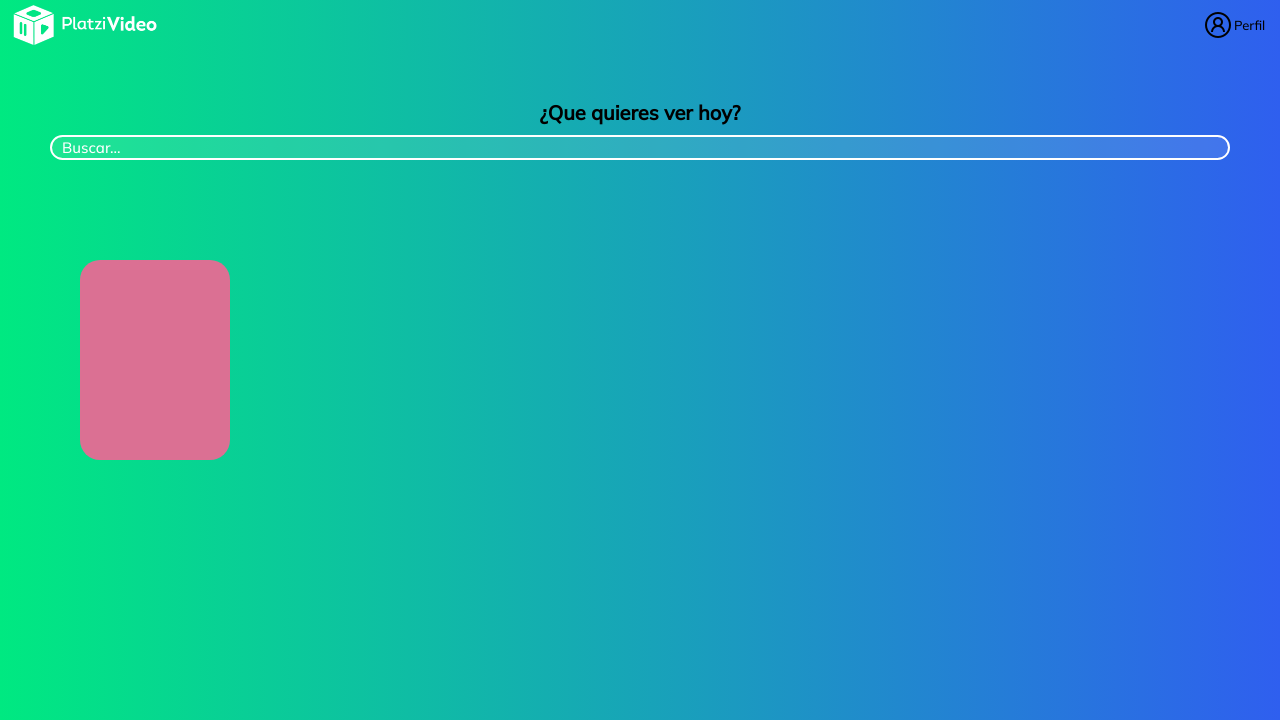
Repository: EnzoSz/Curso_frontend_dev
Page: proyecto/index.html
An editor plug-in stored every save of this project. The page is shown before and after the next save, followed by the edit.
The browser window is 1280 px wide. The pictures show the whole page.

Above is the page before, as saved 2021-03-03 18:29:37.

After the next save:
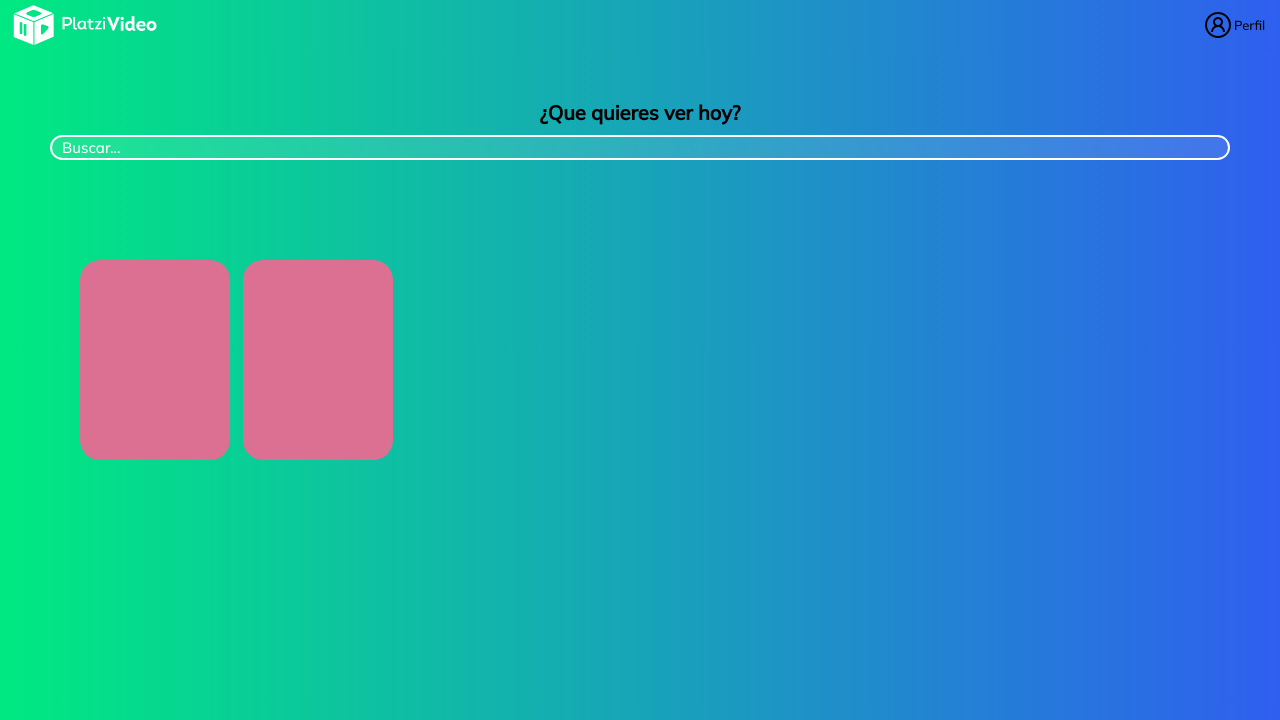
Saved 98 s later.
--- a/proyecto/index.html
+++ b/proyecto/index.html
@@ -35,6 +35,9 @@
                 <div class="carousel-item">
 
                 </div>
+                <div class="carousel-item">
+
+                </div>
             </div>
         </section>
     </main>
